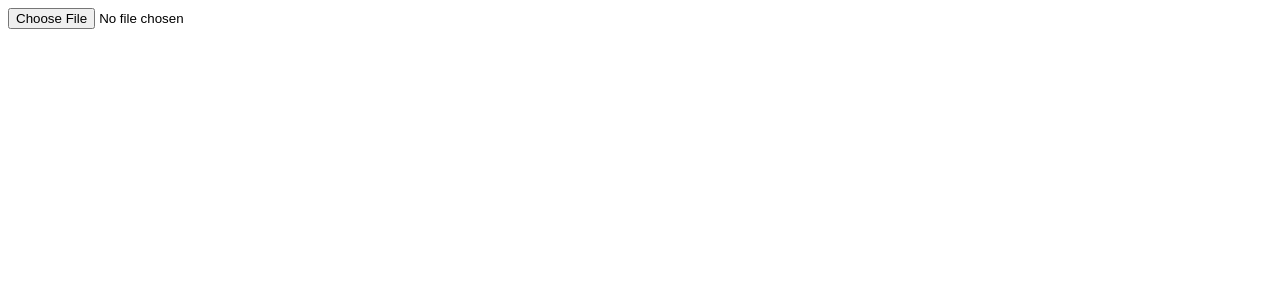
Repository: prashantsuman07/Manthan-ELF-16-OCT-19-Prashant-Suman
Page: http://localhost/Resume_Finder_Java_Application/JSP/UploadResume.jsp
The author's editor kept a copy of each file at every save. The page is drawn from the files as they stood at one save, then again after the next save.
The browser window is 1280 px wide. The pictures show the whole page.
The page is served by Tomcat 9.

Above is the page before, as saved 2019-12-02 11:43:37.

After the next save:
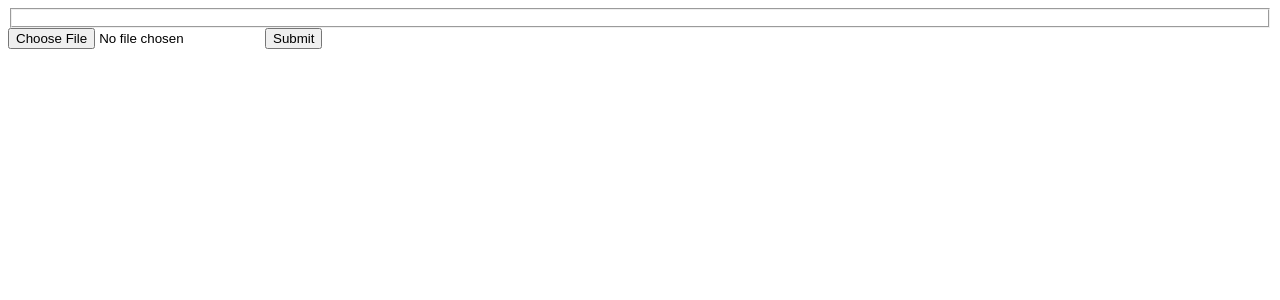
Saved 82 s later.
--- a/PLP_FinalEvaluation_JAVA/Resume_Finder_Java_Application/WebContent/JSP/UploadResume.jsp
+++ b/PLP_FinalEvaluation_JAVA/Resume_Finder_Java_Application/WebContent/JSP/UploadResume.jsp
@@ -7,8 +7,11 @@
 <title>Insert title here</title>
 </head>
 <body>
+<fieldset></fieldset>
 <form action="" method="get">
 <input name="userfile" type="file" accept="application/pdf, application/msword" />
+<input type="submit" name="Upload Resume">
 </form>
+</fieldset>
 </body>
 </html>
